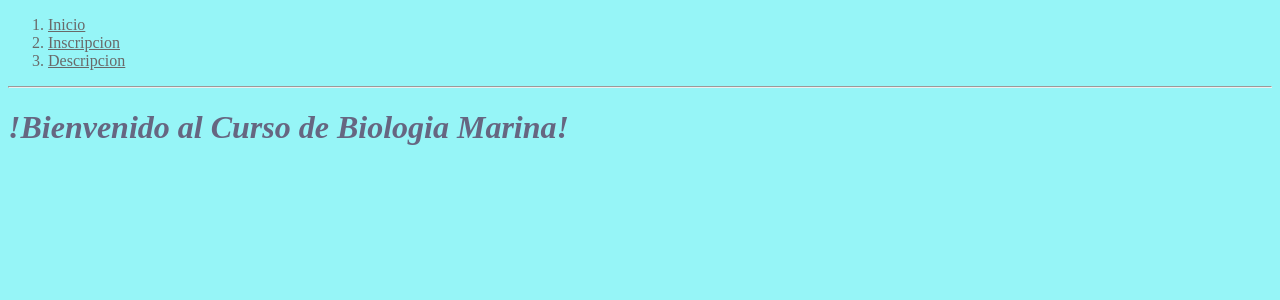
Repository: Arito05/Mi-primer-Repositorio
Page: nuevo/inicio.html
The author's editor kept a copy of each file at every save. The page is drawn from the files as they stood at one save, then again after a run of saves.
The browser window is 1280 px wide. The pictures show the whole page.

Above is the page before, as saved 2024-07-20 11:30:29.

After the next 2 saves:
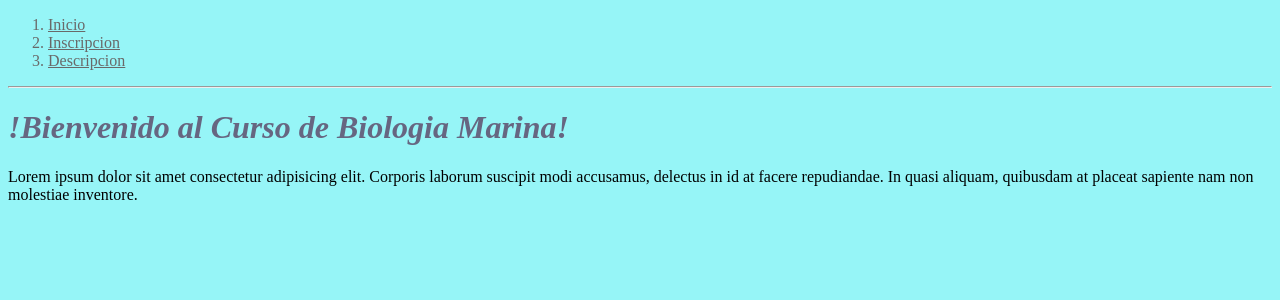
The 2 saves are shown as one change because they came seconds apart.
The last was saved 44 s later.
--- a/nuevo/inicio.html
+++ b/nuevo/inicio.html
@@ -21,6 +21,6 @@
     <hr style="color: white" />
 
     <h1 style="color: rgb(102, 102, 129);"><i>!Bienvenido al Curso de Biologia Marina!</i></h1>
-    <p></p>
+    <p>Lorem ipsum dolor sit amet consectetur adipisicing elit. Corporis laborum suscipit modi accusamus, delectus in id at facere repudiandae. In quasi aliquam, quibusdam at placeat sapiente nam non molestiae inventore.</p>
   </body>
 </html>
